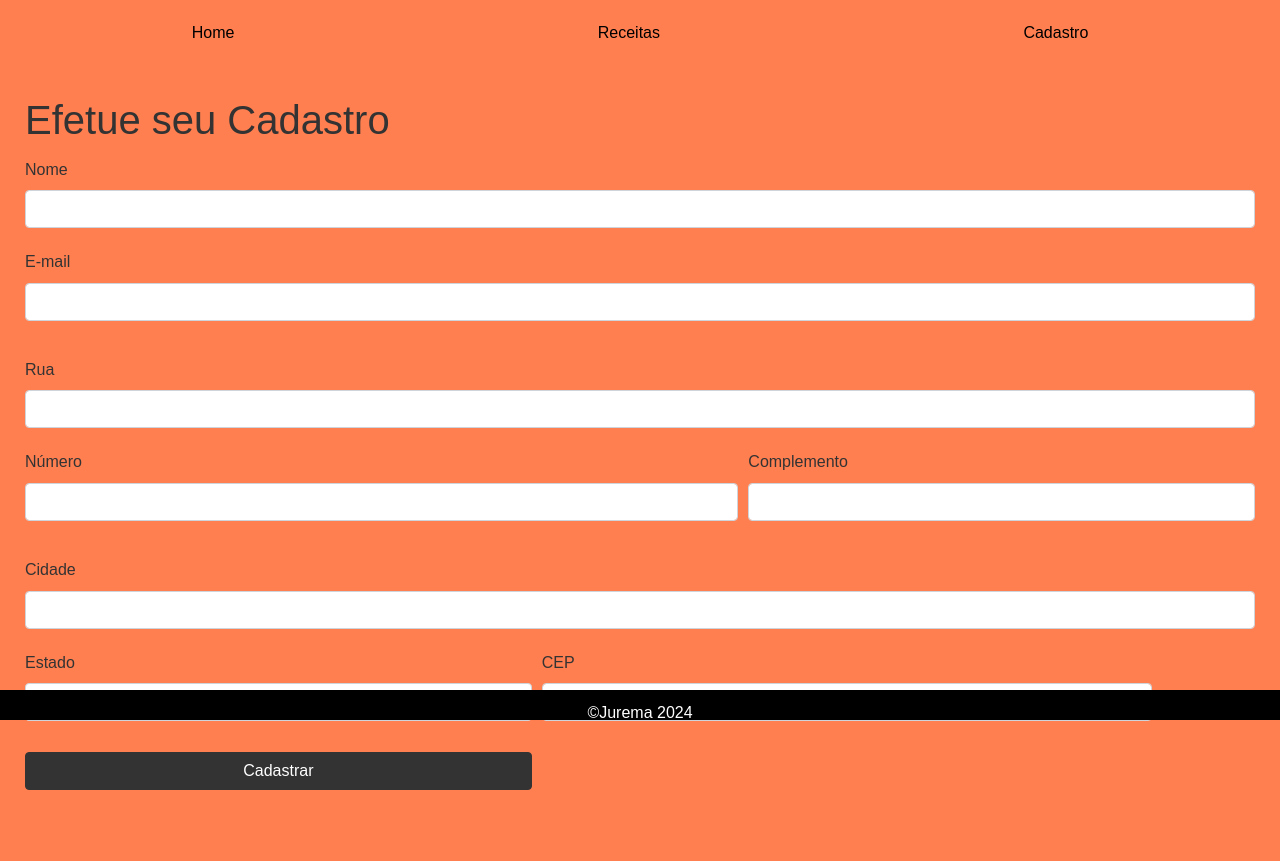
Repository: devropaes/RECEITAS
Page: OneDrive/Área de Trabalho/Estudos/Estácio/receitas/cadastro.html
An editor plug-in stored every save of this project. The page is shown before and after the next save, followed by the edit.
The browser window is 1280 px wide. The pictures show the whole page.

Above is the page before, as saved 2024-03-15 18:08:44.

After the next save:
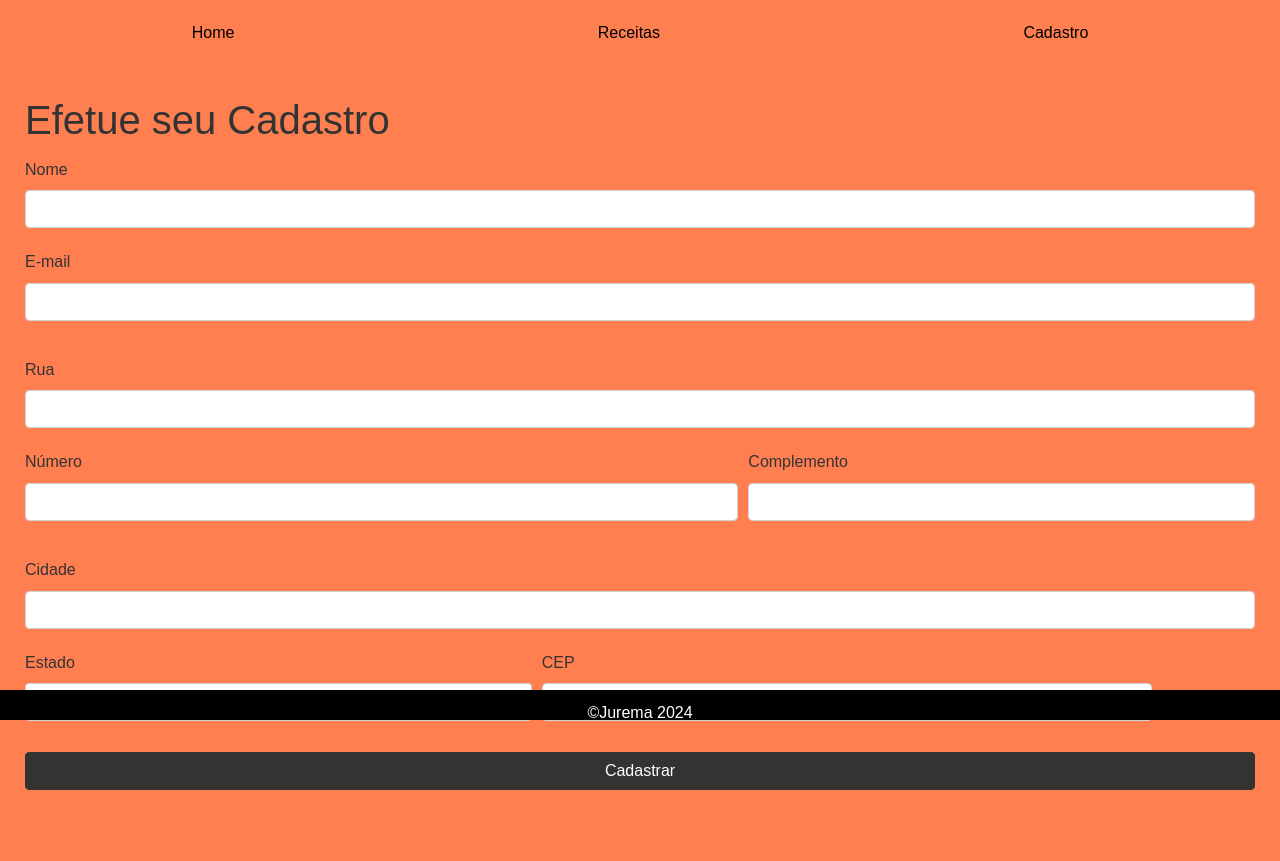
Saved 8 s later.
--- a/OneDrive/Área de Trabalho/Estudos/Estácio/receitas/cadastro.html
+++ b/OneDrive/Área de Trabalho/Estudos/Estácio/receitas/cadastro.html
@@ -98,7 +98,7 @@
                             </div>
                         </div>
                         <div class="form-row">
-                            <div class="form-group col-md-5 d-flex justify-content-md-center">
+                            <div class="form-group col-md-12 d-flex justify-content-md-center">
                                 <button type="submit" class="btn btn-primary btn-md">Cadastrar</button>
                             </div>
                         </div>

After the 2 saves that followed:
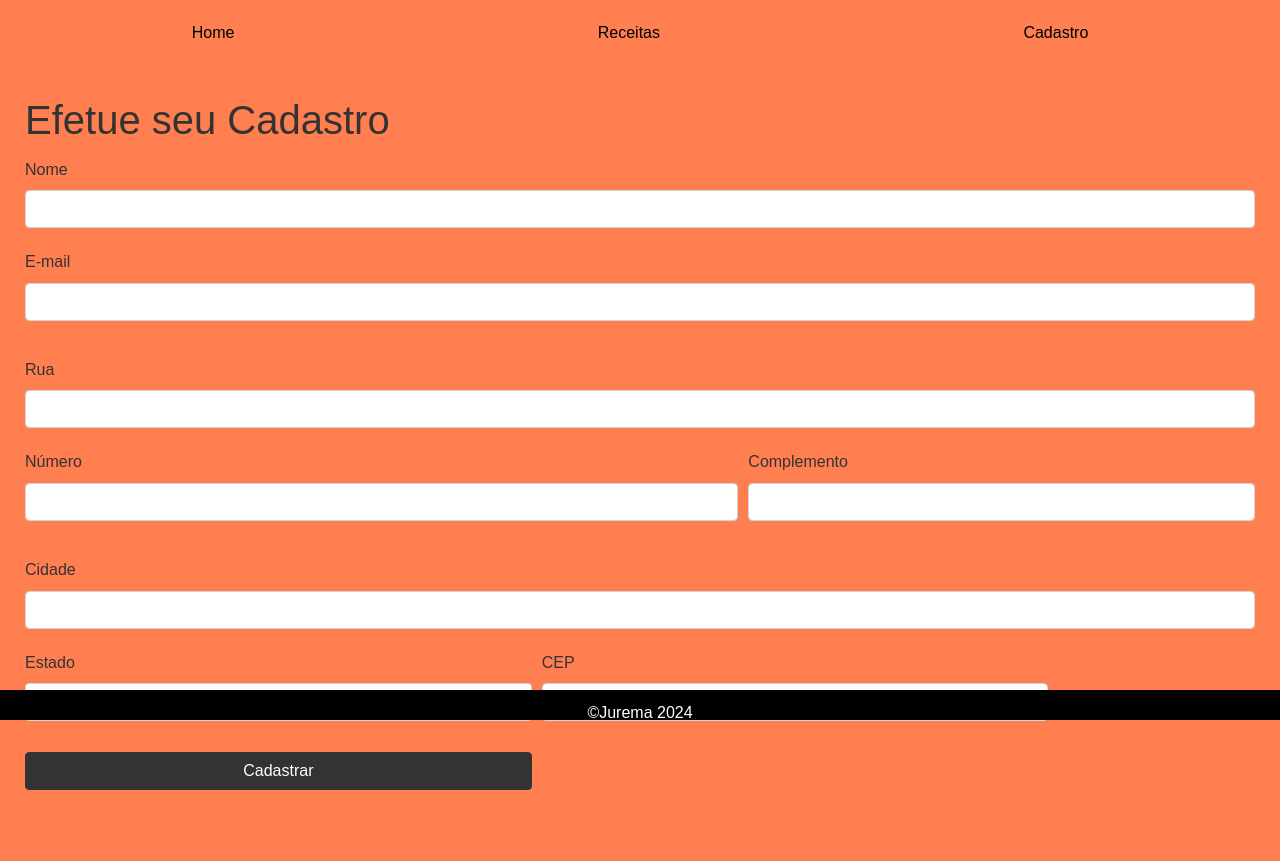
The 2 saves are shown as one change because 1 left the picture as it was.
The last was saved 2 min 38 s later.
--- a/OneDrive/Área de Trabalho/Estudos/Estácio/receitas/cadastro.html
+++ b/OneDrive/Área de Trabalho/Estudos/Estácio/receitas/cadastro.html
@@ -92,15 +92,16 @@
                                     <option value="TO">Tocantins</option>
                                 </select>
                             </div>
-                            <div class="form-group col-md-6">
+                            <div class="form-group col-md-5">
                                 <label for="cep" class="float-left">CEP</label>
                                 <input type="text" class="form-control" id="cep" required>
                             </div>
                         </div>
                         <div class="form-row">
-                            <div class="form-group col-md-12 d-flex justify-content-md-center">
+                            <div class="form-group col-md-5 d-flex justify-content-center">
                                 <button type="submit" class="btn btn-primary btn-md">Cadastrar</button>
                             </div>
+
                         </div>
                     </form>
                 </div>
